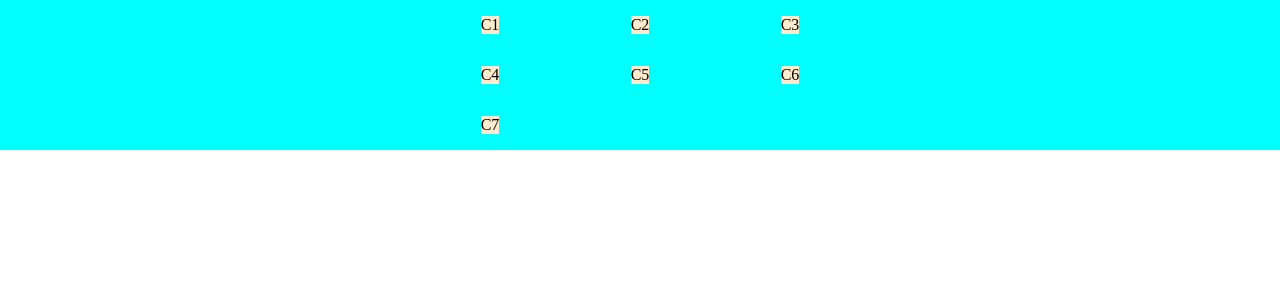
Repository: nepali2385/FUll-stack-practice
Page: Day5/Day5/grid.html
These files come from the project's save history. The page is drawn as it stood at one moment and after the next save; the edit follows.
The browser window is 1280 px wide. The pictures show the whole page.

Above is the page before, as saved 2024-08-27 15:09:46.

### Day5/Day5/grid.html
<!DOCTYPE html>
<html lang="en">
<head>
    <meta charset="UTF-8">
    <meta name="viewport" content="width=device-width, initial-scale=1.0">
    <title>Document</title>
    <link rel="stylesheet" href="grid.css">
</head>
<body>
    <div class="area">
        <div class="card">C1</div>
        <div class="card">C2</div>
        <div class="card">C3</div>
        <div class="card">C4</div>
        <div class="card">C5</div>
        <div class="card">C6</div>
        <div class="card">C7</div>



    </div>
</body>
</html>

### Day5/Day5/grid.css
*{
    padding:0;
    margin: 0;
    box-sizing:border-box;

}
.area{
    display:grid;
    grid-template-columns: 100px 200px 100px;
    grid-auto-rows: 50px;
    background-color: aqua;
    justify-content:center;
    justify-items: center;
    align-items: center;
}
.card{
    background-color: blanchedalmond;
    border 1px solid black;
}

After the next save:
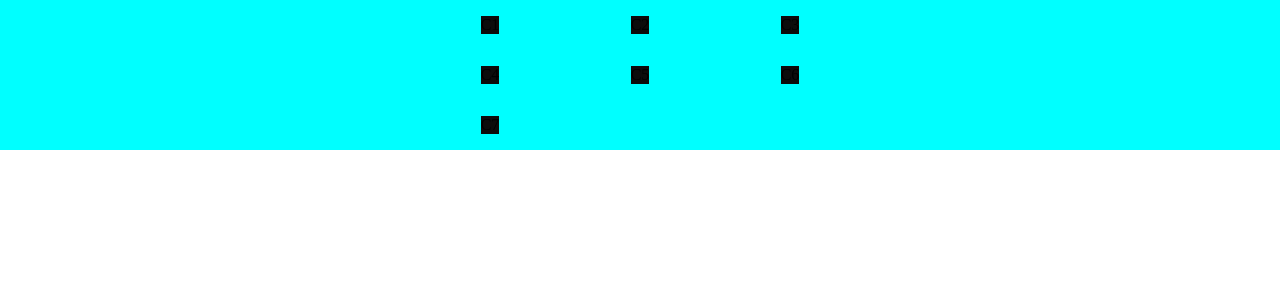
Saved 35 s later.
--- a/Day5/Day5/grid.css
+++ b/Day5/Day5/grid.css
@@ -14,6 +14,6 @@
     align-items: center;
 }
 .card{
-    background-color: blanchedalmond;
+    background-color: rgb(12, 12, 11);
     border 1px solid black;
 }
